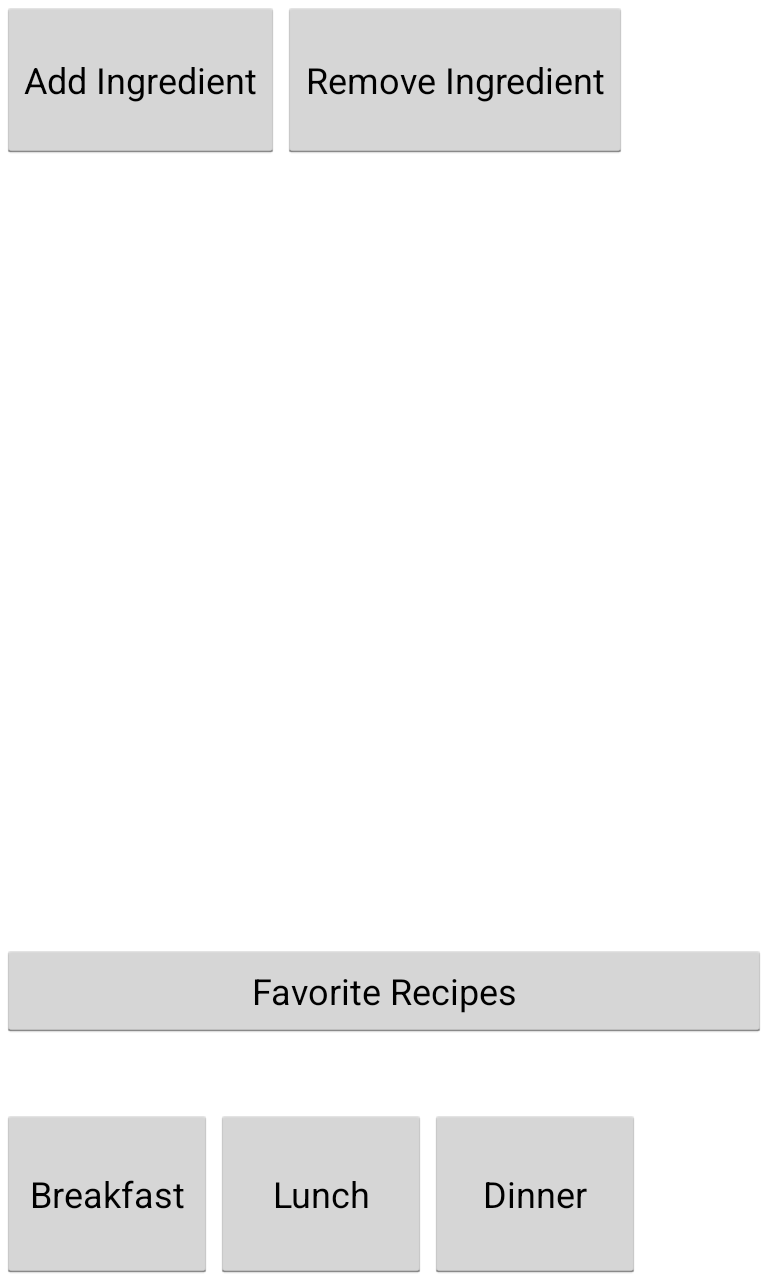
Repository: jmwood22/Boyardroid
Layout: Boyardroid/res/layout/activity_fridge.xml
An editor plug-in stored every save of this project. The layout is shown before and after the next save, followed by the edit.
It is drawn on a 768 x 1280 px phone screen (xhdpi) without system bars, with theme AppTheme; the app's code is not run.

Above is the layout before, as saved 2013-02-20 10:40:07.

After the next save:
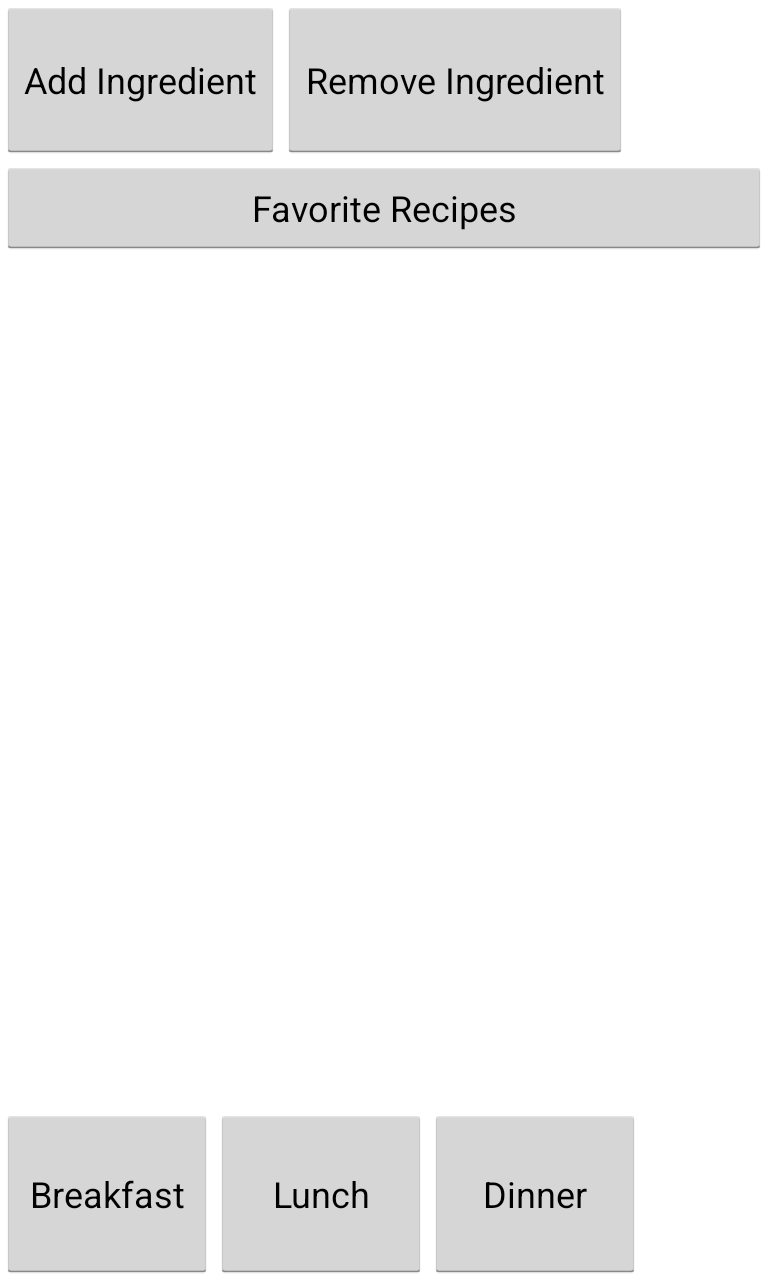
Saved 17 s later.
--- a/Boyardroid/res/layout/activity_fridge.xml
+++ b/Boyardroid/res/layout/activity_fridge.xml
@@ -8,8 +8,7 @@
 
     <LinearLayout
         android:layout_width="wrap_content"
-        android:layout_height="0dp"
-        android:layout_weight="1.10" >
+        android:layout_height="wrap_content" >
 
         <Button
             android:id="@+id/button2"
@@ -41,7 +40,7 @@
         android:layout_width="wrap_content"
         android:layout_height="0dp"
         android:layout_gravity="bottom"
-        android:layout_weight="0.28"
+        android:layout_weight="0.02"
         android:orientation="horizontal" >
 
         <Button
